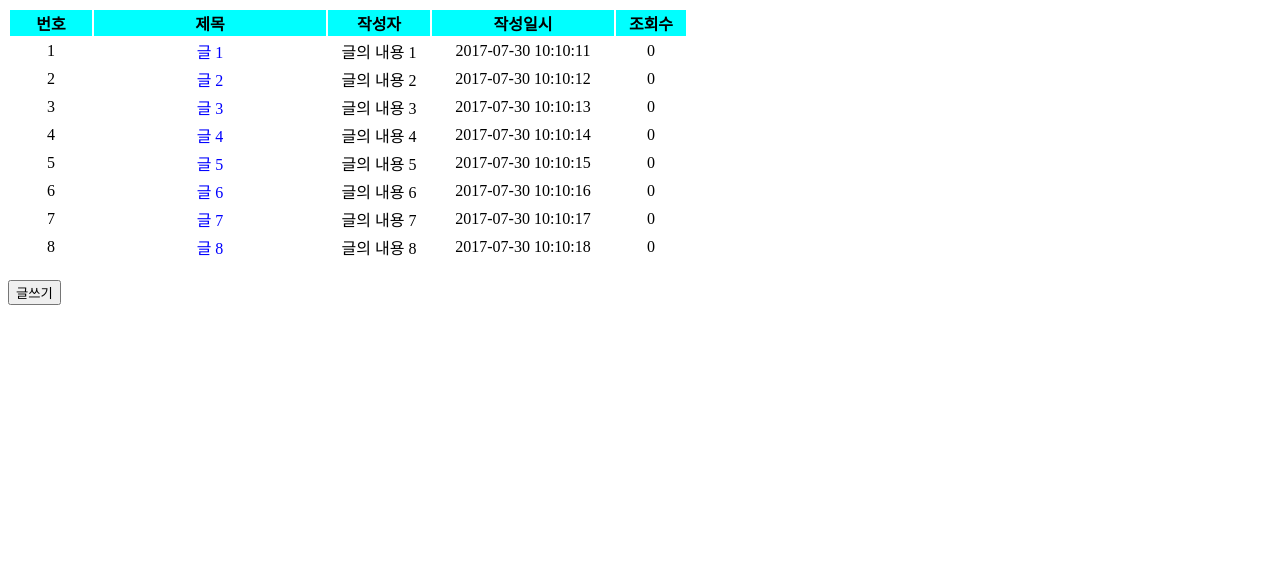
Repository: kdh2212/KDT_code
Page: http://localhost/20250807Web/boardList.jsp
An editor plug-in stored every save of this project. The page is shown before and after the next save, followed by the edit.
The browser window is 1280 px wide. The pictures show the whole page.
The page is served by Tomcat 9. Other server files are loaded and not shown. The database holds what the project's SQL file puts in it.

Above is the page before, as saved 2025-08-07 06:26:20.

### 20250807Web/src/main/webapp/boardList.jsp
<%@ page language="java" contentType="text/html; charset=UTF-8"
    pageEncoding="UTF-8"%>
<%@ page import="java.sql.*, javax.sql.*" %>

<!DOCTYPE html>
<html>
<head>
    <meta charset="UTF-8">
    <style>
        table     { width:680px; text-align:center; }
        th        { background-color:cyan; }

        .num      { width: 80px; }
        .title    { width:230px; }
        .writer   { width:100px; }
        .regtime  { width:180px; }

        a:link    { text-decoration:none; color:blue; }
        a:visited { text-decoration:none; color:gray; }
        a:hover   { text-decoration:none; color:red;  }
    </style>
</head>
<body>
<table>
 <tr>
        <th class="num"    >번호    </th>
        <th class="title"  >제목    </th>
        <th class="writer" >작성자  </th>
        <th class="regtime">작성일시</th>
        <th                >조회수  </th>
    </tr>
<%
Connection conn = null;
Statement stmt = null;
ResultSet rs = null;
try {
    Class.forName("com.mysql.cj.jdbc.Driver");
    conn = DriverManager.getConnection("jdbc:mysql://localhost:3305/du08", "root", "1234");
    stmt = conn.createStatement();
    rs = stmt.executeQuery("SELECT * FROM board");
    while (rs.next()) {
    	//String num = rs.getString("num");
    	String title = rs.getString("title");


%>
<tr>

		<td><%=rs.getString("num") %></td>
		<td><a href="boardUpdate.jsp?title=<%=title %>"><%=title %></a></td>
    	<td><%=rs.getString("content") %></td>
    	<td><%=rs.getString("regtime") %></td>
    	<td><%=rs.getString("hits") %></td>

</tr>
<%
    }
} catch (SQLException e) {
    out.println("데이터베이스 오류: " + e.getMessage());
} catch (ClassNotFoundException e) {
    out.println("드라이버를 찾을 수 없습니다: " + e.getMessage());
} finally {
    try {
        if (rs != null) rs.close();
        if (stmt != null) stmt.close();
        if (conn != null) conn.close();
    } catch (SQLException e) {
        out.println("리소스를 닫는 도중 오류 발생: " + e.getMessage());
    }
}
%>
<!-- 여기 삭제 -->


</table>
<br>
<input type="button" value="글쓰기" onclick="location.href='write.jsp'">

</body>
</html>

### 20250807Web/src/main/webapp/database.sql (the tables this page reads)
create table board (
    num     int          auto_increment primary key,
    writer  varchar(20),
    title   varchar(60),
    content text,
    regtime varchar(20),
    hits    int
);

insert into board values
    (1, '홍길동', '글 1', '글의 내용 1', '2017-07-30 10:10:11', 0),
    (2, '이순신', '글 2', '글의 내용 2', '2017-07-30 10:10:12', 0),
    (3, '강감찬', '글 3', '글의 내용 3', '2017-07-30 10:10:13', 0),
    (4, '김수로', '글 4', '글의 내용 4', '2017-07-30 10:10:14', 0),
    (5, '장길산', '글 5', '글의 내용 5', '2017-07-30 10:10:15', 0),
    (6, '김수로', '글 6', '글의 내용 6', '2017-07-30 10:10:16', 0),
    (7, '홍길동', '글 7', '글의 내용 7', '2017-07-30 10:10:17', 0),
    (8, '이순신', '글 8', '글의 내용 8', '2017-07-30 10:10:18', 0);

After the next save:
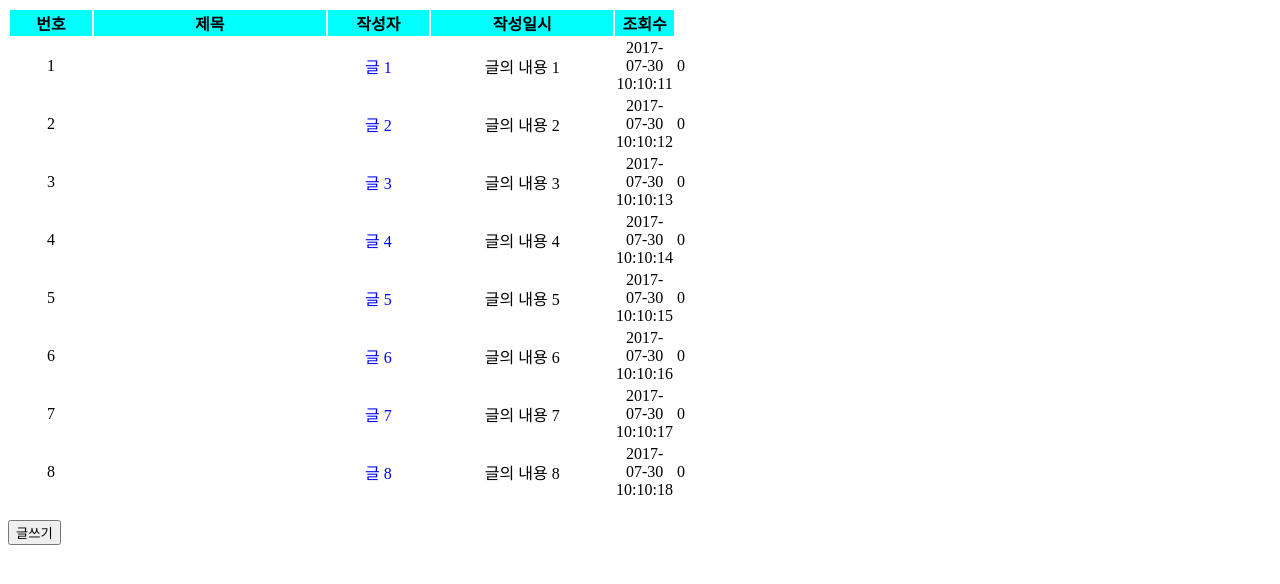
Saved 77 s later.
--- a/20250807Web/src/main/webapp/boardList.jsp
+++ b/20250807Web/src/main/webapp/boardList.jsp
@@ -47,6 +47,7 @@ try {
 <tr>
 
 		<td><%=rs.getString("num") %></td>
+		 <td style="text-align:left;">
 		<td><a href="boardUpdate.jsp?title=<%=title %>"><%=title %></a></td>
     	<td><%=rs.getString("content") %></td>
     	<td><%=rs.getString("regtime") %></td>
